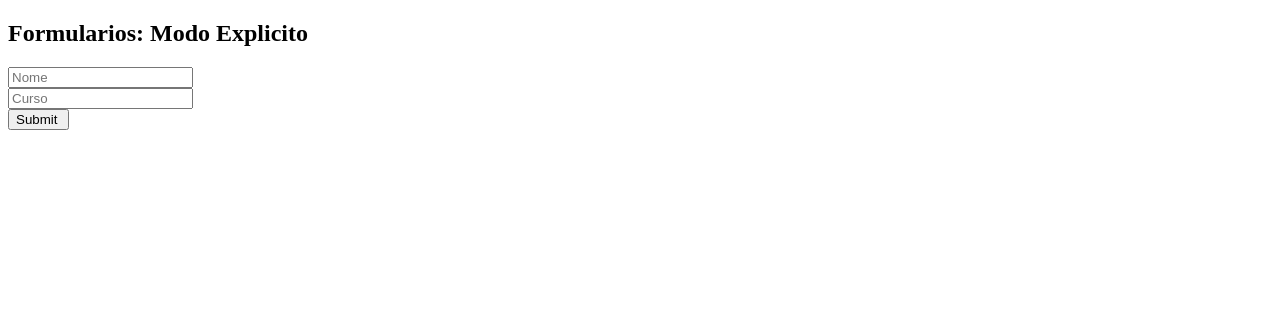
Repository: kelvincarvalho/Desenvolvimento_Java
Page: http://localhost/01_AngularJS/exemplo_angularJS05.jsp
The author's editor kept a copy of each file at every save. The page is drawn from the files as they stood at one save, then again after the next save.
The browser window is 1280 px wide. The pictures show the whole page.
Some web libraries are served in a nearby version. The page is served by Tomcat 9.

Above is the page before, as saved 2017-11-01 16:42:06.

After the next save:
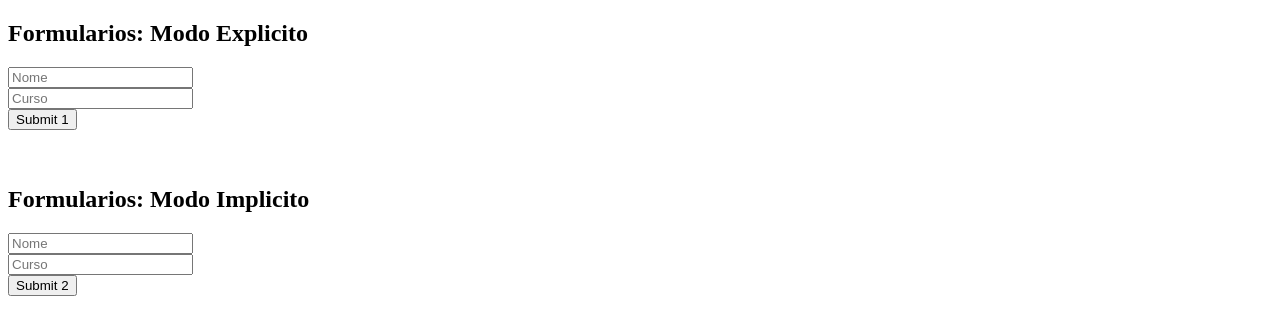
Saved 3 min 49 s later.
--- a/Modulo07/01_AngularJS/WebContent/exemplo_angularJS05.jsp
+++ b/Modulo07/01_AngularJS/WebContent/exemplo_angularJS05.jsp
@@ -8,9 +8,16 @@
 <body ng-controller="Principal as ctl">
 	<h2>Formularios: Modo Explicito</h2>
 	<form ng-submit="ctl.submit1()">
-	<input type="text" ng-model="ctl.nome" placeholder="Nome"/><br/>
-	<input type="text" ng-model="ctl.curso" placeholder="Curso"/><br/>
-	<input type="submit" value="Submit ">
+		<input type="text" ng-model="ctl.nome" placeholder="Nome"/><br/>
+		<input type="text" ng-model="ctl.curso" placeholder="Curso"/><br/>
+		<input type="submit" value="Submit 1">
+	</form><br/><br/>
+
+	<h2>Formularios: Modo Implicito</h2>
+	<form ng-submit="ctl.submit2()">
+		<input type="text" ng-model="ctl.aluno.nome" placeholder="Nome"/><br/>
+		<input type="text" ng-model="ctl.aluno.curso" placeholder="Curso"/><br/>
+		<input type="submit" value="Submit 2">
 	</form>
 
 	<script src="https://ajax.googleapis.com/ajax/libs/angularjs/1.6.6/angular.min.js"></script>
@@ -18,7 +25,10 @@
 	angular.module("appAngular",[]).controller("Principal",[function(){
 		var self = this;
 		//MODO EXPLICITO
-		self.submit1 = function(){};
+		self.submit1 = function(){
+			var aluno =  {nome: self.nome, curso: self.curso};
+
+		};
 
 		//MODO IMPLICITO
 		self.submit2 = function(){};
